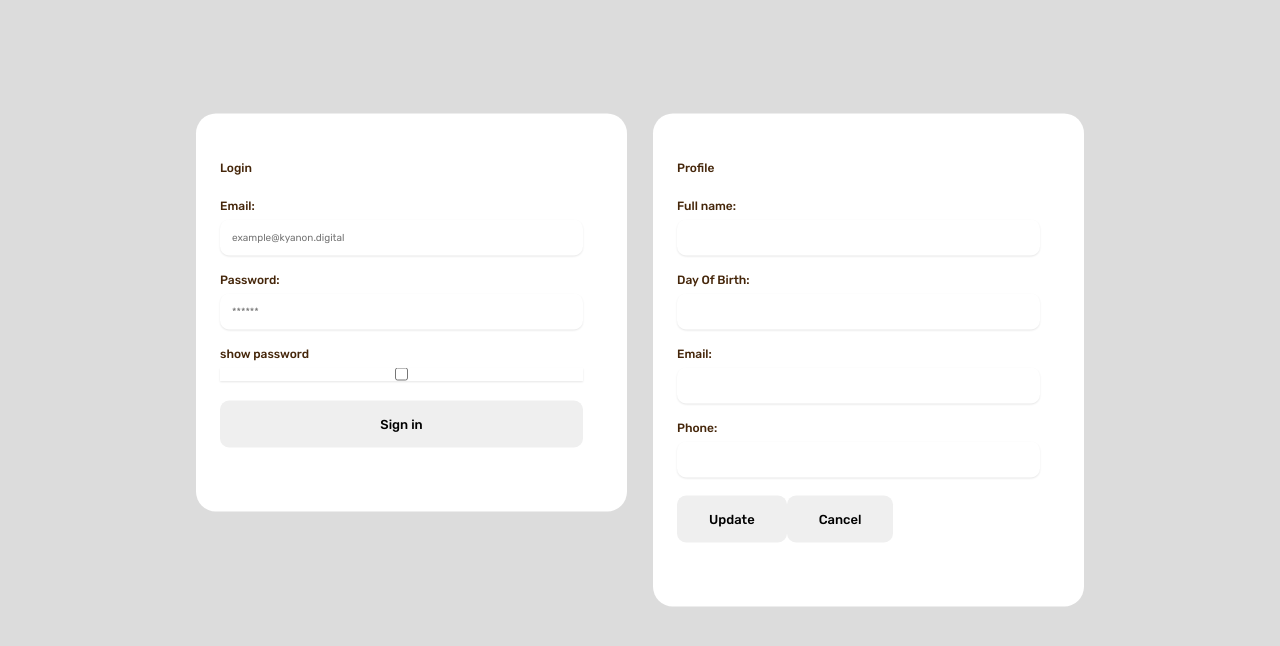
Repository: lethetiem/demon-test
Page: /
An editor plug-in stored every save of this project. The page is shown before and after the next save, followed by the edit.
The browser window is 1280 px wide. The pictures show the whole page.
The project was rebuilt for these pictures with package versions that can differ from the ones it lists, and the page was loaded fresh each time.

Above is the page before, as saved 2023-03-15 14:11:35.

### public/index.html
<!DOCTYPE html>
<html lang="en">
  <head>
    <meta charset="utf-8" />
    <link rel="icon" href="%PUBLIC_URL%/favicon.ico" />
    <meta name="viewport" content="width=device-width, initial-scale=1" />
    <meta name="theme-color" content="#000000" />
    <meta
      name="description"
      content="Web site created using create-react-app"
    />
    <link rel="apple-touch-icon" href="%PUBLIC_URL%/logo192.png" />
    <link rel="manifest" href="%PUBLIC_URL%/manifest.json" />
    <link
      href="https://fonts.googleapis.com/css2?family=Rubik:wght@400;500;600;700&display=swap"
      rel="stylesheet"
    />
    <title>React App</title>
  </head>
  <body>
    <div id="root"></div>
  </body>
</html>

### src/App.js
import React from "react";
import Login from "./components/Login/Login";
import UpdateProfile from "./components/UpdateProfile/UpdateProfile";
import "./app.css";

const App = () => {
  return (
    <div className="container">
      <div className="cta-form--box">
        <Login></Login>
        <UpdateProfile></UpdateProfile>
      </div>
    </div>
  );
};

export default App;

### src/components/Login/Login.jsx
import React from "react";
import "./login.css";
import "../index.css";

const Login = () => {
  return (
    <div>
      <form className="cta cta-form--sign-in" name="login">
        <div>
          <label htmlFor="log-in">Login</label>
        </div>
        <div>
          <label htmlFor="email">Email:</label>
          <input
            id="email"
            type="email"
            placeholder="example@kyanon.digital"
            name="email"
            required
          ></input>
        </div>

        <div>
          <label htmlFor="password">Password:</label>
          <input
            id="password"
            type="password"
            placeholder="******"
            name="password"
            required
          ></input>
        </div>

        <div className="password-checkbox">
          <label htmlFor="check-box">show password</label>
          <input id="check-box" type="checkbox" name="check-box"></input>
        </div>

        <button className="btn btn--form">Sign in</button>
      </form>
    </div>
  );
};

export default Login;

### src/components/UpdateProfile/UpdateProfile.jsx
import React from "react";
import './updateProfile.css'
import '../index.css'

const UpdateProfile = () => {
  return <div>
    <form className="cta cta-form--profile" name="update-profile">
          <div>
            <label htmlFor="profile">Profile</label>
          </div>
          <div>
            <label htmlFor="full-name">Full name:</label>
            <input id="full-name" type="text" name="full-name" required></input>
          </div>

          <div>
            <label htmlFor="day-of-bird">Day Of Birth:</label>
            <input
              id="day-of-bird"
              type="text"
              name="day-of-bird"
              required
            ></input>
          </div>

          <div>
            <label htmlFor="email">Email:</label>
            <input id="email" type="email" name="email" required></input>
          </div>

          <div>
            <label htmlFor="phone-number">Phone:</label>
            <input
              id="phone-number"
              type="text"
              name="phone-number"
              required
            ></input>
          </div>

          <div className="post">
            <button className="btn btn--update">Update</button>
            <button className="btn btn--cancel">Cancel</button>
          </div>
        </form>
  </div>
}

export default UpdateProfile;

### src/app.css
* {
  padding: 0;
  margin: 0;
  box-sizing: border-box;
}

html {
  font-size: 62.5%;
  overflow-x: hidden;
}

body {
  position: relative;
  font-family: "Rubik", sans-serif;
  line-height: 1;
  font-weight: 400;
  color: #555;
  height: 100vh;
  background-color: gainsboro;

  overflow-x: hidden;
}

.container {
  position: absolute;
  top: 50%;
  left: 50%;
  transform: translate(-50%, -50%);
  max-width: 120rem;
  width: 100%;
  padding: 0 3.2rem;
  margin: 0 auto;
}

### src/components/Login/login.css
.cta-form--sign-in {
  background-color: #fff;
  padding-bottom: 2.4rem;
}
.checkbox-input {
  width: 0 !important;
}

### src/components/index.css
.cta-form--box{
  display: grid;
  grid-template-columns: 1fr 1fr;
  column-gap: 2.6rem;
  padding: 1.8rem 12.4rem;
}

.cta{
  display: flex;
  flex-direction: column;
  row-gap: 1.8rem;
  padding: 4.8rem 4.4rem 6.4rem 2.4rem;
  border-radius: 2rem;
  color: #45260a;
}

.cta label{
  display: block;
  font-size: 1.2rem;
  font-weight: 500;
  margin-bottom: 0.8rem;
}

.cta input{
  width: 100%;
  padding: 1.2rem;
  font-size: 1rem;
  font-family: inherit;
  color: inherit;
  border: none;
  border-radius: 9px;
  box-shadow: 0 1px 2px rgba(0, 0, 0, 0.1);
}

.btn,
.btn:link,
.btn:visited {
  display: inline-block;

  text-decoration: none;
  font-size: 1.3rem;
  font-weight: 500;
  padding: 1.6rem 3.2rem;
  border-radius: 9px;

  border: none;
  cursor: pointer;
  font-family: inherit;

  transition: all 0.3s;
}

.btn--full:link,
.btn--full:visited {
  background-color: #e67e22;
  color: #fff;
}

.btn--full:hover,
.btn--full:active {
  background-color: #cf711f;
}

### src/components/UpdateProfile/updateProfile.css
.cta-form--profile{
  background-color: #fff;
}

Loaded but not shown: src/index.js (common file)

After the next save:
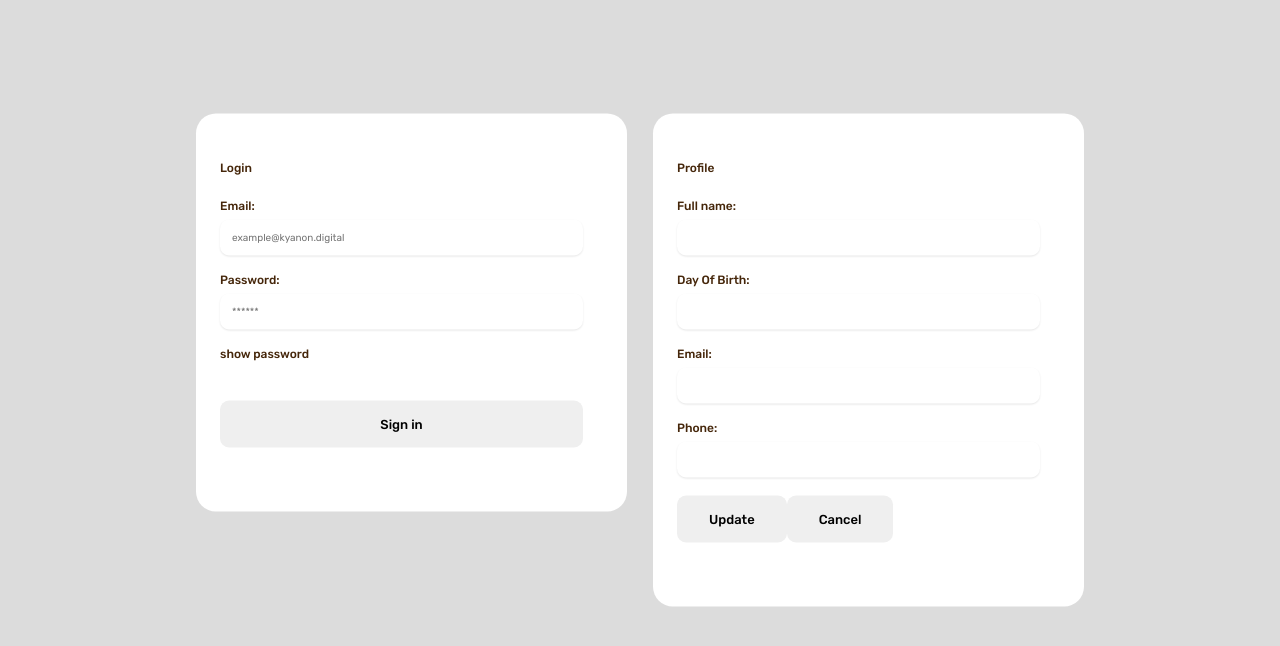
Saved 14 s later.
--- a/src/components/Login/Login.jsx
+++ b/src/components/Login/Login.jsx
@@ -33,7 +33,12 @@ const Login = () => {
 
         <div className="password-checkbox">
           <label htmlFor="check-box">show password</label>
-          <input id="check-box" type="checkbox" name="check-box"></input>
+          <input
+            id="check-box"
+            className="checkbox-input"
+            type="checkbox"
+            name="check-box"
+          ></input>
         </div>
 
         <button className="btn btn--form">Sign in</button>
